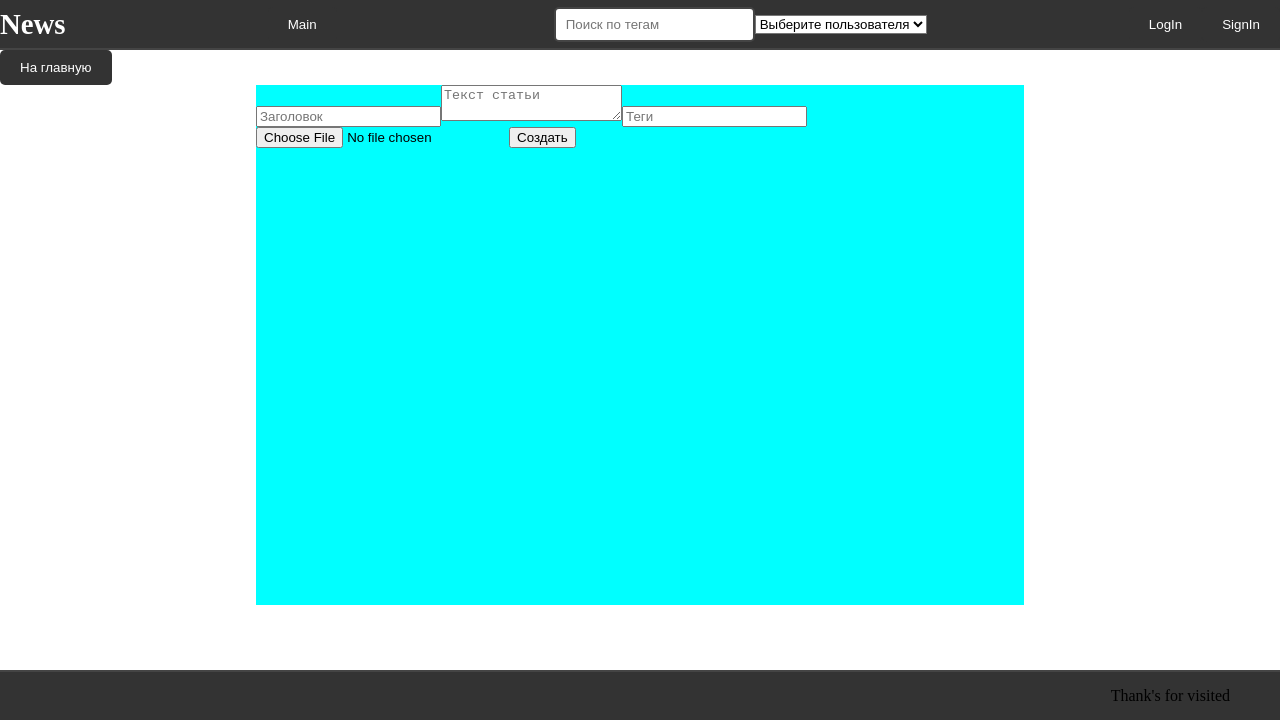
Repository: Igor-Blazhko/news_frontend
Page: /CreatePost
An editor plug-in stored every save of this project. The page is shown before and after the next save, followed by the edit.
The browser window is 1280 px wide. The pictures show the whole page.
The project was rebuilt for these pictures with package versions that can differ from the ones it lists, and the page was loaded fresh each time. Also part of the build but not shown: vite.config.ts, src/components/allPost/onePost/onePost.module.css, src/components/allPost/onePost/onePost.tsx, src/components/allPost/allPost.tsx, src/components/auth/logIn/login.module.css, src/components/auth/logIn/login.tsx, src/components/auth/register/register.tsx, src/components/pageOnePost/comments/comment.tsx and 2 more.

Above is the page before, as saved 2024-07-15 15:44:35.

After the next save:
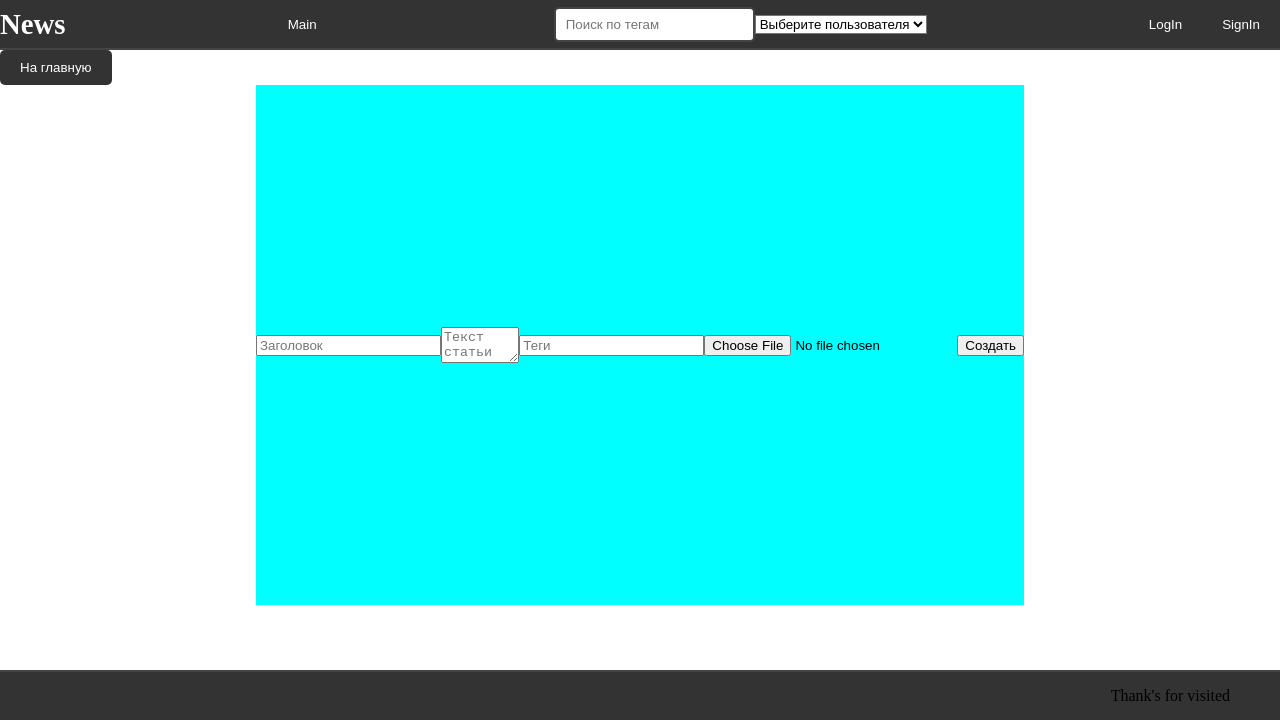
Saved 19 s later.
--- a/src/components/createPost/createPost.module.css
+++ b/src/components/createPost/createPost.module.css
@@ -3,4 +3,7 @@
     width: 60%;
     height: calc(100vh - 200px);
     margin: 0 auto;
+    display: flex;
+    justify-content: space-evenly;
+    align-items: center;
 }
